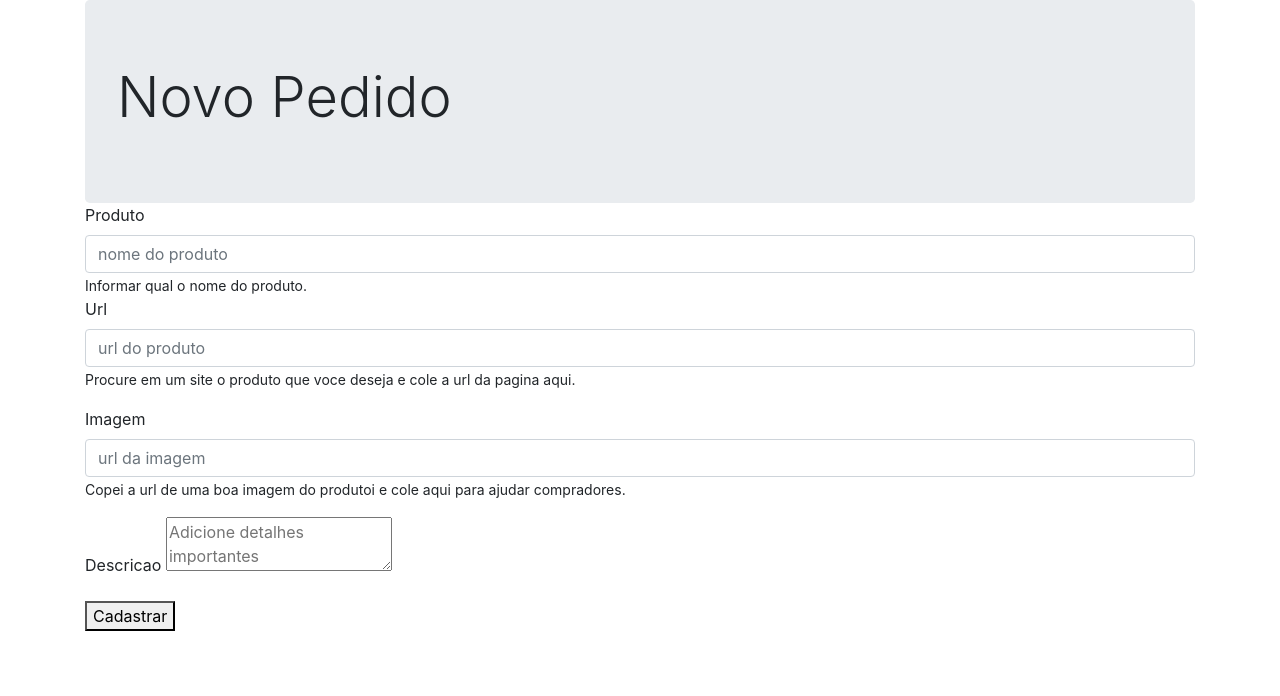
Repository: PedroKarasudani/Spring_MVC
Page: http://localhost/pedido/formulario
An editor plug-in stored every save of this project. The page is shown before and after the next save, followed by the edit.
The browser window is 1280 px wide. The pictures show the whole page.
The page is this project's Thymeleaf template; nobody is signed in. The template is opened directly, without the code that normally fills it, so the values that code supplies are empty.

Above is the page before, as saved 2023-10-25 00:36:13.

### mudi/src/main/resources/templates/pedido/formulario.html
<!DOCTYPE html>
<html>

<head>
	<meta charset="UTF-8" />
	<title>Pedido</title>
	<link rel="stylesheet" href="https://cdn.jsdelivr.net/npm/bootstrap@4.6.2/dist/css/bootstrap.min.css"
		integrity="sha384-xOolHFLEh07PJGoPkLv1IbcEPTNtaed2xpHsD9ESMhqIYd0nLMwNLD69Npy4HI+N" crossorigin="anonymous">
</head>

<body>
	<div class="container">
		<div class="jumbotron mb-0">
			<h1 class="display-4">Novo Pedido</h1>
		</div>
		<form action="/pedido/novo" method="POST">
			<div class="form-group">
				<label for="nomeProduto">Produto</label>
				<input name="nomeProduto" class="form-control" placeholder="nome do produto"/>
				<small>Informar qual o nome do produto.</small>
			</divclass="form-group">
			<div class="form-group">
				<label for="urlProduto">Url</label>
				<input name="urlProduto" class="form-control" placeholder="url do produto"/>
				<small>Procure em um site o produto que voce deseja e cole a url da pagina aqui.</small>
			</div>
			<div class="form-group">
				<label for="urlImagem">Imagem</label>
				<input name="urlImagem" class="form-control" placeholder="url da imagem"/>
				<small>Copei a url de uma boa imagem do produtoi e cole aqui para ajudar compradores.</small>
			</div>
			<div class="form-group">
				<label for="descricao">Descricao</label>
				<textarea name="descricao" placeholder="Adicione detalhes importantes"></textarea>
			</div>
			<button type="submit">Cadastrar</button>
		</form>

	</div>
</body>

</html>

After the next save:
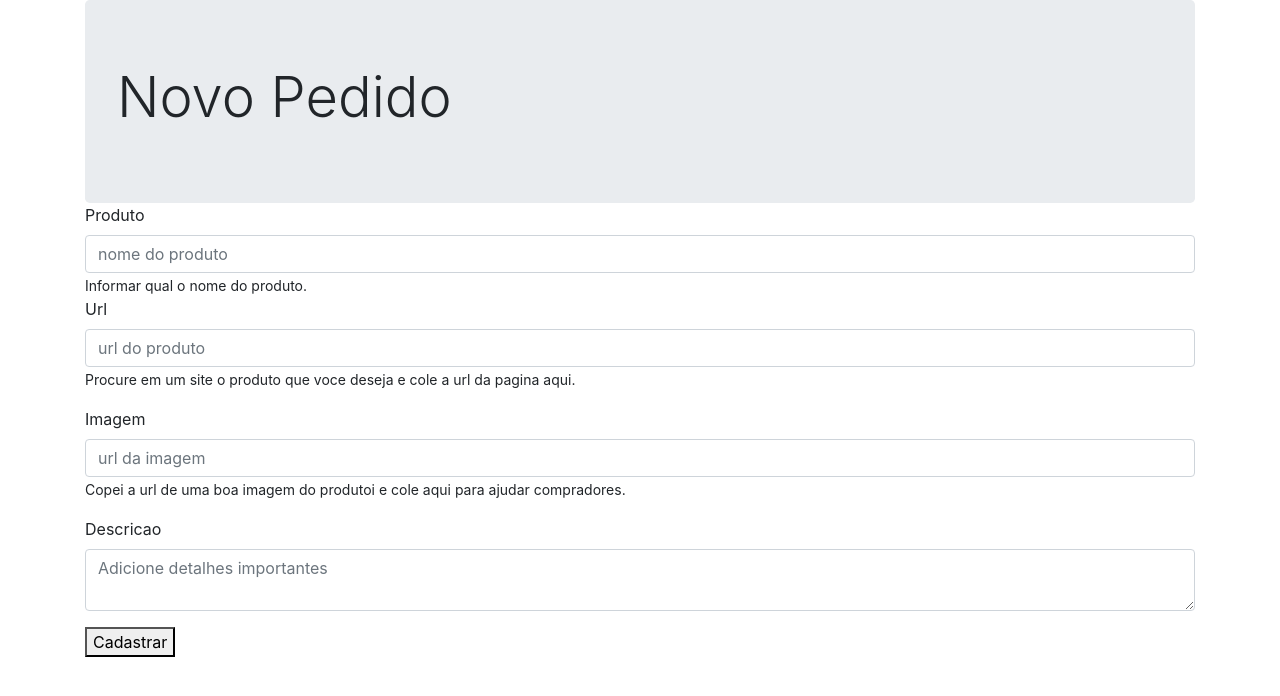
Saved 76 s later.
--- a/mudi/src/main/resources/templates/pedido/formulario.html
+++ b/mudi/src/main/resources/templates/pedido/formulario.html
@@ -16,22 +16,22 @@
 		<form action="/pedido/novo" method="POST">
 			<div class="form-group">
 				<label for="nomeProduto">Produto</label>
-				<input name="nomeProduto" class="form-control" placeholder="nome do produto"/>
+				<input class="form-control" name="nomeProduto" placeholder="nome do produto"/>
 				<small>Informar qual o nome do produto.</small>
 			</divclass="form-group">
 			<div class="form-group">
 				<label for="urlProduto">Url</label>
-				<input name="urlProduto" class="form-control" placeholder="url do produto"/>
+				<input class="form-control" name="urlProduto" placeholder="url do produto"/>
 				<small>Procure em um site o produto que voce deseja e cole a url da pagina aqui.</small>
 			</div>
 			<div class="form-group">
 				<label for="urlImagem">Imagem</label>
-				<input name="urlImagem" class="form-control" placeholder="url da imagem"/>
+				<input class="form-control" name="urlImagem" placeholder="url da imagem"/>
 				<small>Copei a url de uma boa imagem do produtoi e cole aqui para ajudar compradores.</small>
 			</div>
 			<div class="form-group">
 				<label for="descricao">Descricao</label>
-				<textarea name="descricao" placeholder="Adicione detalhes importantes"></textarea>
+				<textarea class="form-control" name="descricao" placeholder="Adicione detalhes importantes"></textarea>
 			</div>
 			<button type="submit">Cadastrar</button>
 		</form>
